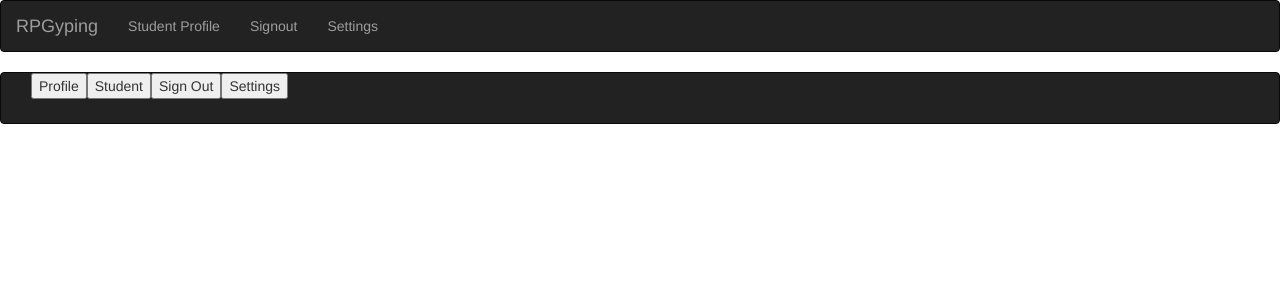
Repository: Acliu1498/RPGyping
Page: http://localhost/php/battleMaster.php
The author's editor kept a record of every edit. The page is drawn from the files as they stood at one moment, then again after the next edit.
The browser window is 1280 px wide. The pictures show the whole page.
The page is run by PHP 8.4 with error messages shown; the project is at /var/www/html/.

Above is the page before.

### php/battleMaster.php
<?php session_start(); ?>
<html lang="en">
<head>
  <meta charset="utf-8">
  <meta name="viewport" content="width=device-width, initial-scale=1">
  <link rel="stylesheet" href="https://maxcdn.bootstrapcdn.com/bootstrap/3.3.7/css/bootstrap.min.css">
  <script src="https://ajax.googleapis.com/ajax/libs/jquery/3.3.1/jquery.min.js"></script>
  <script src="https://maxcdn.bootstrapcdn.com/bootstrap/3.3.7/js/bootstrap.min.js"></script>
</head>
    <body>

    <audio id="background" controls autoplay loop="loop" hidden="true">
      <source src="../Music/Metal.mp3" type="audio/mpeg">
    </audio>


    <nav class="navbar navbar-inverse">
      <div class="container-fluid">
        <div class="navbar-header">
          <a class="navbar-brand" href="#">RPGyping</a>
        </div>
        <ul class="nav navbar-nav">
          <!--<li><a href="../php/Teacher_Profile.php">Teacher Profile</a></li>-->
          <li><a href="../php/Student_Profile.php">Student Profile</a></li>
          <li><a href="../php/SignOutStudent.php">Signout</a></li>
          <li><a href="../php/Settings.php">Settings</a></li>
        </ul>
      </div>
    </nav>
    <nav class="navbar navbar-inverse">
      <div class="container-fluid">
        <div class="navbar-header">
          <a class="navbar-brand" href="#"></a>
        </div>
        <ul class="nav navbar-nav">
          <li><button class="button1" onclick="window.location='../php/Student_Profile.php'">Profile</button></li>
          <li><button class="button2" onclick="window.location='../php/SignOutStudent.php'">Student</button></li>
          <li><button class="button3" onclick="window.location='../php/SignOut.php'">Sign Out</button></li>
          <li><button class="button4" onclick="window.location='../php/Settings.php'">Settings</button></li>
        </ul>
      </div>
    </nav>
    </body>
    </body>
</html>

After the next edit:
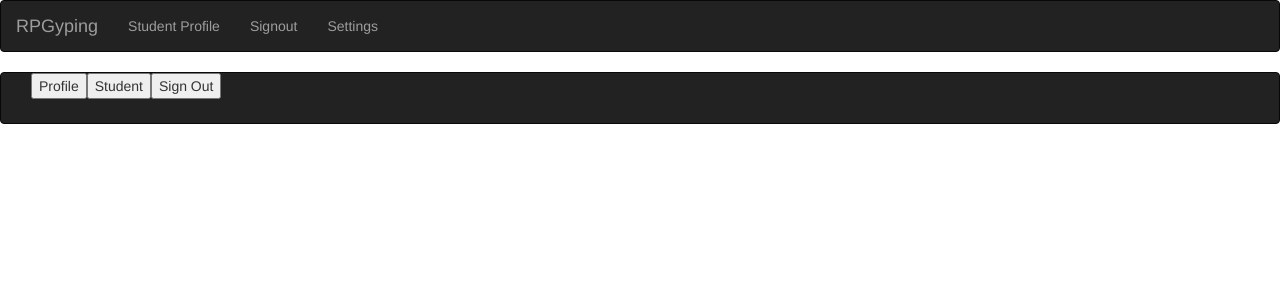
The edit:
--- a/php/battleMaster.php
+++ b/php/battleMaster.php
@@ -35,8 +35,7 @@
         <ul class="nav navbar-nav">
           <li><button class="button1" onclick="window.location='../php/Student_Profile.php'">Profile</button></li>
           <li><button class="button2" onclick="window.location='../php/SignOutStudent.php'">Student</button></li>
-          <li><button class="button3" onclick="window.location='../php/SignOut.php'">Sign Out</button></li>
-          <li><button class="button4" onclick="window.location='../php/Settings.php'">Settings</button></li>
+          <li><button class="button3" onclick="window.location='../php/SignOutStudent.php'">Sign Out</button></li>
         </ul>
       </div>
     </nav>
